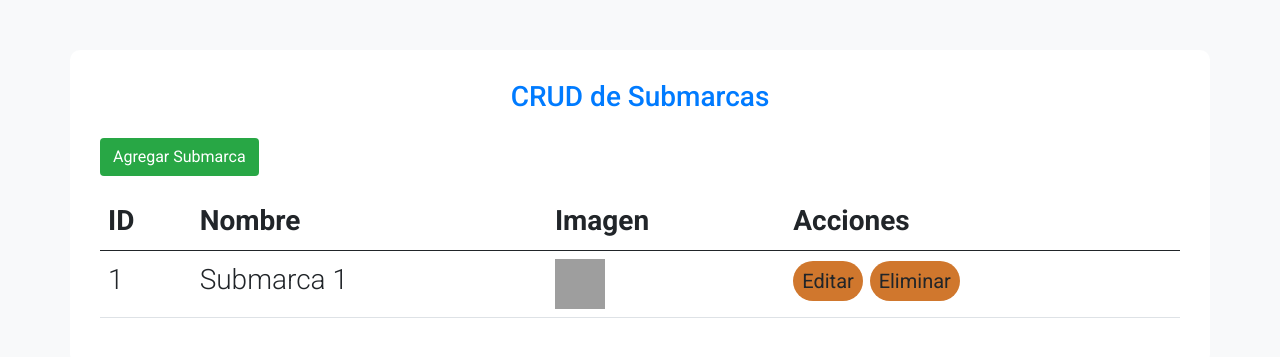
Repository: Yaqode/front-fama
Page: http://localhost/multimedia/Views/marcas.php
An editor plug-in stored every save of this project. The page is shown before and after the next save, followed by the edit.
The browser window is 1280 px wide. The pictures show the whole page.
Pictures or frames that could not be fetched are drawn as grey boxes. The page is run by PHP 8.4 with error messages shown; the project is at /var/www/html/.

Above is the page before, as saved 2023-12-06 21:13:18.

After the next save:
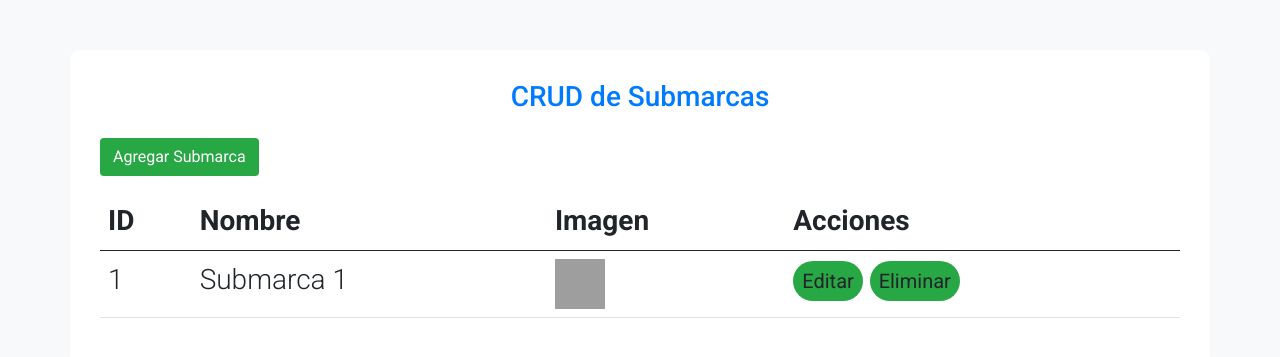
Saved 15 s later.
--- a/Views/marcas.php
+++ b/Views/marcas.php
@@ -41,7 +41,7 @@
         }
 
         .btn-editar, .btn-eliminar {
-            background-color: #D0772D;
+            background-color: #28a745;
             color: #212529;
             border-radius: 20px;
             font-size: 20px;
